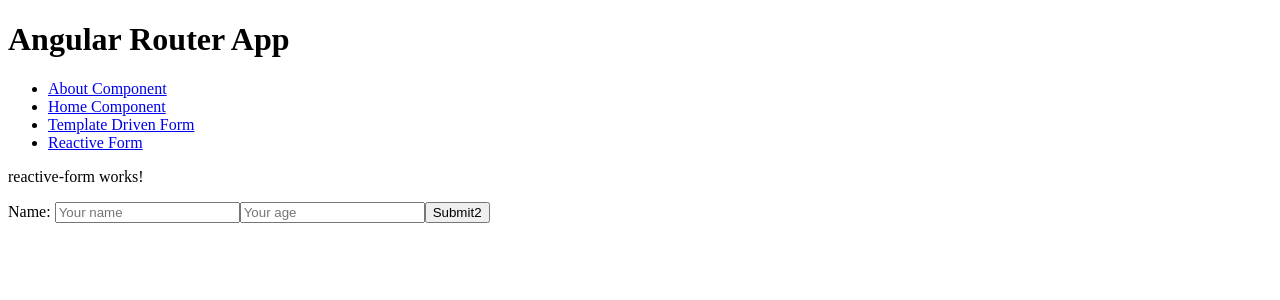
Repository: PhamTrungNguyen/Angular12
Page: /reactive (app in Angular/)
An editor plug-in stored every save of this project. The page is shown before and after the next save, followed by the edit.
The browser window is 1280 px wide. The pictures show the whole page.
The project was rebuilt for these pictures with package versions that can differ from the ones it lists, and the page was loaded fresh each time. Also part of the build but not shown: Angular/angular.json.

Above is the page before, as saved 2023-01-04 19:34:36.

### Angular/src/app/app.module.ts
import { NgModule } from '@angular/core';
import { BrowserModule } from '@angular/platform-browser';

import { AppRoutingModule } from './app-routing.module';
import { AppComponent } from './app.component';
import { HomeComponent } from './home/home.component';
import { AboutComponent } from './about/about.component';
import { FormsModule } from '@angular/forms';
import { OnSalePipe } from './on-sale.pipe';
import { PageNotFoundComponent } from './page-not-found/page-not-found.component';
import { HighlightDirective } from './Directives/highlight.directive';
import { TemplateDrivenFormComponent } from './template-driven-form/template-driven-form.component';
import { ReactiveFormComponent } from './reactive-form/reactive-form.component';
import { ReactiveFormsModule } from '@angular/forms';
@NgModule({
  declarations: [
    AppComponent,
    HomeComponent,
    AboutComponent,
    OnSalePipe,
    PageNotFoundComponent,
    HighlightDirective,
    TemplateDrivenFormComponent,
    ReactiveFormComponent,
  ],
  imports: [BrowserModule, AppRoutingModule, FormsModule, ReactiveFormsModule],
  providers: [],
  bootstrap: [AppComponent],
})
export class AppModule {}

### Angular/src/app/app-routing.module.ts
import { TemplateDrivenFormComponent } from './template-driven-form/template-driven-form.component';
import { HomeComponent } from './home/home.component';
import { AboutComponent } from './about/about.component';
import { PageNotFoundComponent } from './page-not-found/page-not-found.component';
import { NgModule } from '@angular/core';
import { RouterModule, Routes } from '@angular/router';
import { ReactiveFormComponent } from './reactive-form/reactive-form.component';

const routes: Routes = [
  { path: 'about', component: AboutComponent },
  { path: 'home', component: HomeComponent },
  { path: 'form', component: TemplateDrivenFormComponent },
  { path: 'reactive', component: ReactiveFormComponent },
  { path: '', component: HomeComponent },
  { path: '**', component: PageNotFoundComponent },
];

@NgModule({
  imports: [RouterModule.forRoot(routes)],
  exports: [RouterModule],
})
export class AppRoutingModule {}

### Angular/src/app/on-sale.pipe.ts
import { Pipe, PipeTransform } from '@angular/core';

@Pipe({
  name: 'onSale',
})
export class OnSalePipe implements PipeTransform {
  transform(value: unknown, ...args: unknown[]): unknown {
    // console.log('my pipe', value);
    try {
      if (value) {
        return 'Đang hạ giá';
      }
    } catch (error) {}
    return null;
  }
}

### Angular/src/app/Directives/highlight.directive.ts
import { Directive, ElementRef, Input } from '@angular/core';

@Directive({
  selector: '[appHighlight]',
})
export class HighlightDirective {
  @Input() appHighlight = 'blue';
  constructor(private el: ElementRef) {}
  public ngOnInit(): void {
    // console.log('HighlightDirective', this.appHighlight);
    this.el.nativeElement.style.color = this.appHighlight;
  }
}

### Angular/src/app/reactive-form/reactive-form.component.ts
import { HomeService } from './../Service/home.service';
import { Component, OnInit } from '@angular/core';
import {
  FormBuilder,
  FormControl,
  FormGroup,
  Validators,
} from '@angular/forms';

@Component({
  selector: 'app-reactive-form',
  templateUrl: './reactive-form.component.html',
  styleUrls: ['./reactive-form.component.scss'],
})
export class ReactiveFormComponent {
  // myForm: FormGroup;
  // public formData: FormGroup = new FormGroup({
  //   name: new FormControl(''),
  //   age: new FormControl(''),

  // });
  public formData = this.fb.group({
    name: ['', Validators.required],
    age: ['', Validators.required],
  });
  submitted = false;

  constructor(private home: HomeService, private fb: FormBuilder) {}
  ngOnInit() {}
  public submitForm(): void {
    // console.log('Data:', this.formData.value);
    this.home.submitData(this.formData.value);
    this.submitted = true;
    console.log(this.formData.controls);
  }
}

### Angular/src/app/app.component.html
<h1>Angular Router App</h1>
<!-- This nav gives you links to click, which tells the router which route to use (defined in the routes constant in  AppRoutingModule) -->
<nav>
    <ul>
        <li>
            <a routerLink="/about" routerLinkActive="active" ariaCurrentWhenActive="page">About Component</a>
        </li>
        <li>
            <a routerLink="/home" routerLinkActive="active" ariaCurrentWhenActive="page">Home Component</a>
        </li>
        <li>
            <a routerLink="/form" routerLinkActive="active" ariaCurrentWhenActive="page">Template Driven Form</a>
        </li>
        <li>
            <a routerLink="/reactive" routerLinkActive="active" ariaCurrentWhenActive="page">Reactive Form</a>
        </li>
    </ul>
</nav>
<!-- The routed views render in the <router-outlet>-->
<router-outlet></router-outlet>

### Angular/src/app/Service/home.service.ts
import { Injectable } from '@angular/core';

@Injectable({
  providedIn: 'root',
})
export class HomeService {
  public counter = 10;
  constructor() {}
  public count(n: number): number {
    return n * n;
  }
  public submitData(data: any): void {
    console.log('Data :', data);
  }
}

### Angular/src/app/reactive-form/reactive-form.component.html
<p>reactive-form works!</p>

<form action="" [formGroup]="formData">
    Name:
    <input type="text" formControlName="name" placeholder="Your name" />
    <div *ngIf="submitted&& formData.contr.errors" class="invalid-feedback">
        <div *ngIf="submitted &&f.name.errors?.['required']">Fullname is required</div>
    </div>
    <!-- <div *ngIf="formData.get('name') ">
        Please provide a name.
    </div> -->
    <input type="text" formControlName="age" placeholder="Your age" />
    <!-- <button (click)="submitForm()">Submit</button> -->
    <button type="submit" (click)="submitForm()">Submit2</button>
</form>

### Angular/src/app/home/home.component.ts
import { Component } from '@angular/core';
import { HomeService } from '../Service/home.service';

@Component({
  selector: 'app-home',
  templateUrl: './home.component.html',
  styleUrls: ['./home.component.scss'],
})
export class HomeComponent {
  public login = '123';
  public name = 'Pham Trung Nguyen';
  public age = 18;
  public fruit = [];
  public counter = 0;
  public counter1 = 0;
  public resetName(): void {
    this.name = '';
    console.log('resetName');
  }
  constructor(private home: HomeService) {}

  public ngOnInit(): void {
    // console.log('Fruit', this.fruit);
    this.counter = this.home.counter;
    this.counter1 = this.home.count(this.counter);
  }
}

### Angular/src/app/about/about.component.ts
import { Component } from '@angular/core';
import { HomeService } from '../Service/home.service';

@Component({
  selector: 'app-about',
  templateUrl: './about.component.html',
  styleUrls: ['./about.component.scss'],
})
export class AboutComponent {
  public fruit = ['apple', 'orange', 'grape', 'lemon'];
  public fruit2 = [
    { name: 'apple', price: 10, onSale: true },
    { name: 'orange', price: -12, onSale: false },
    { name: 'grape', price: -14, onSale: false },
    { name: 'lemon', price: 15, onSale: true },
  ];
  public cities = [
    {
      city: 'Chọn thành phố',
      district: [],
    },
    {
      city: 'Đà Nẵng',
      district: [
        'Quận Cẩm Lệ',
        'Quận Hải Châu',
        'Quận Liên Chiểu',
        'Quận Ngũ Hành Sơn',
        'Quận Sơn Trà',
        'Quận Thanh Khê',
        'Huyện Hòa Vang',
        'Huyện Hoàng Sa',
      ],
    },
    {
      city: 'Bà Rịa - Vũng Tàu',
      district: [
        'Thành phố Vũng Tàu',
        'Thị xã Bà Rịa',
        'Thị xã Phú Mỹ',
        'Huyện Châu Đức',
        'Huyện Côn Đảo',
        'Huyện Đất Đỏ',
        'Huyện Long Điền',
        'Huyện Tân Thành',
        'Huyện Xuyên Mộc',
      ],
    },
  ];
  public counter = 0;
  public counter1 = 0;
  public data: string[] = ['Quận/Huyện'];
  constructor(private home: HomeService) {}
  public ngOnInit(): void {
    // console.log('cites', this.cities);
    // console.log('Fruit', this.fruit);
    this.counter = this.home.counter;
    this.counter1 = this.home.count(this.counter);
    this.home.counter++;
  }
  public changeCity(e: any): void {
    console.log(e.target.value);
    const city = e.target.value;
    if (!city) return;
    /* c1
    const search = this.cities.filter((item) => item.city === city);
    if (search) {
      this.data = search[0].district;
    }
     */
    /* c2 */

    this.data = this.cities.find((item) => item.city === city)?.district || [];
  }
}

### Angular/src/app/template-driven-form/template-driven-form.component.ts
import { Component } from '@angular/core';
import { HomeService } from '../Service/home.service';

@Component({
  selector: 'app-template-driven-form',
  templateUrl: './template-driven-form.component.html',
  styleUrls: ['./template-driven-form.component.scss'],
})
export class TemplateDrivenFormComponent {
  public name: string = '';
  constructor(private home: HomeService) {}
  public submitForm(): void {
    this.home.submitData(this.name);
  }
}

### Angular/src/app/home/home.component.html
<div class="packet">
    <div class="test">

        <p>home works!</p>
        <h2>Hello {{name}}!</h2>
        <input type="text" value="{{name}}">
        <input type="text" [value]="name" [title]='"day la " + name'>
        <input type="text" [(ngModel)]="age">
        <!--  <h2 *ngIf="age<18">Dưới 18</h2>
        <h2 *ngIf="age>=18">Trên 18</h2> -->
        <div *ngIf="age< 18 then young else old"> </div>
        <ng-template #young>
            <h2> Dưới 18</h2>
        </ng-template>
        <ng-template #old>
            <h2> Trên 18</h2>
        </ng-template>
        <button (click)="resetName()">Reset Name</button>
    </div>
    <div>
        <ul [ngSwitch]="login">
            <li *ngSwitchCase="'user'">
                <span>I am user</span>
            </li>
            <li *ngSwitchCase="'admin'">
                <span>I am admin</span>
            </li>
            <li *ngSwitchDefault=>
                <span>I am default</span>
            </li>
        </ul>
        <span appHighlight>Trung Nguyen</span>
        <span [appHighlight]="'red'">Trung Nguyen</span>
    </div>
    <div>this is number: {{counter}}</div>
    <div>this is number^2: {{counter1}}</div>
</div>

### Angular/src/app/home/home.component.scss
.test {
  padding: 10px;
  width: 300px;
  background-color: red;
}
.packet {
  display: flex;
  gap: 0 50px;
}

### Angular/src/app/about/about.component.html
<p>about works!</p>
<div *ngFor="let item of fruit; let i=index">
    <li>{{i+1}}.{{ item }}</li>
</div>
<br>
<table class="table">
    <thead>
        <tr>
            <th>number</th>
            <th>name</th>
            <th>price</th>
            <th>onSale</th>
        </tr>
    </thead>
    <tbody>
        <tr *ngFor="let item of fruit2; let i=index">
            <td>{{i+1}}</td>
            <td>{{item.name}}</td>
            <td>
                <span [ngClass]="{'text' : item.price <0}">
                    <!-- <span *ngIf="item.price <0 then 'text'"> -->

                    {{item.price |currency:'VND':'symbol':'1.3'}}
                </span>
            </td>
            <td>{{item.onSale | onSale}}</td>
        </tr>
    </tbody>
</table>
<div>
    <h3>Tỉnh/Thành phố:</h3>
    <select name="test1" (change)="changeCity($event)">
        <option value="{{item.city}}" *ngFor="let item of cities;let i=index">{{item.city}}</option>

    </select>
    <h3>Quận/Huyện:</h3>
    <select name="test2">
        <option value="{{i}}" *ngFor="let item of data;let i=index">{{item}}</option>

    </select>
    <div>this is number: {{counter}}</div>
    <div>this is number^2: {{counter1}}</div>
</div>

### Angular/src/app/about/about.component.scss
.table,
td,
th {
  border-collapse: collapse;
  border: 1px solid #000;
  padding: 10px;
  text-align: center;
}
.text {
  color: red;
  display: flex;
}

### Angular/src/app/template-driven-form/template-driven-form.component.html
<p>template-driven-form works!</p>
<form action="" (ngSubmit)=" submitForm()">
    Name:
    <input type="text" [(ngModel)]="name" [ngModelOptions]="{ standalone: true }" />
    <!-- <button (click)="submitForm()">Submit</button> -->
    <button>Submit2</button>
</form>

Loaded but not shown: Angular/src/index.html (common file); Angular/src/styles.scss (common file); Angular/src/main.ts (common file); Angular/src/app/app.component.ts (common file); Angular/src/app/page-not-found/page-not-found.component.ts (common file); Angular/src/app/page-not-found/page-not-found.component.html (common file); Angular/src/app/app.component.scss (no stored copy; drawn as an empty file); Angular/src/app/reactive-form/reactive-form.component.scss (no stored copy; drawn as an empty file)

After the next save:
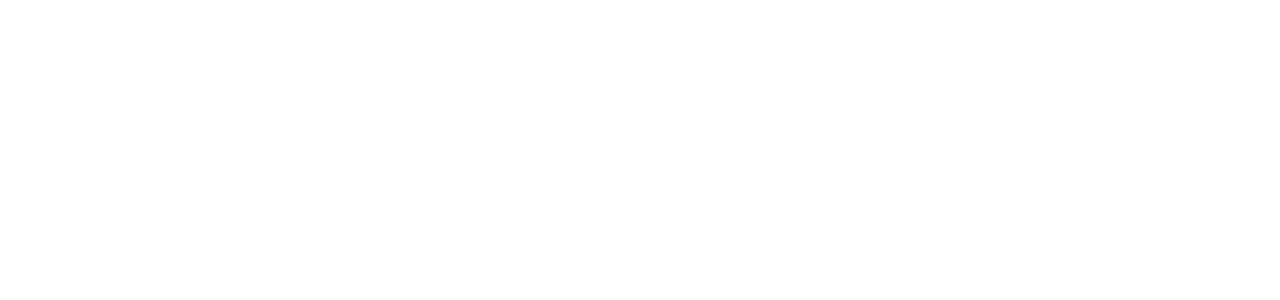
Saved 4 s later.
--- a/Angular/src/app/reactive-form/reactive-form.component.html
+++ b/Angular/src/app/reactive-form/reactive-form.component.html
@@ -3,7 +3,7 @@
 <form action="" [formGroup]="formData">
     Name:
     <input type="text" formControlName="name" placeholder="Your name" />
-    <div *ngIf="submitted&& formData.contr.errors" class="invalid-feedback">
+    <div *ngIf="submitted&& formData.controls..errors" class="invalid-feedback">
         <div *ngIf="submitted &&f.name.errors?.['required']">Fullname is required</div>
     </div>
     <!-- <div *ngIf="formData.get('name') ">

After the save that followed:
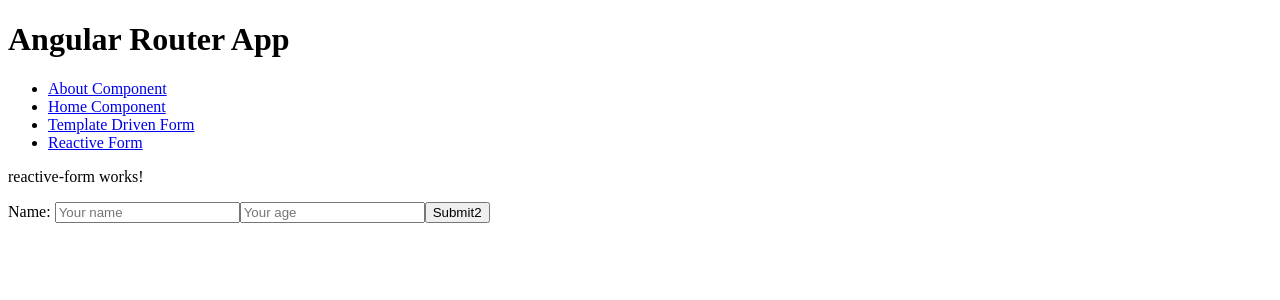
Saved 4 s later.
--- a/Angular/src/app/reactive-form/reactive-form.component.html
+++ b/Angular/src/app/reactive-form/reactive-form.component.html
@@ -3,7 +3,7 @@
 <form action="" [formGroup]="formData">
     Name:
     <input type="text" formControlName="name" placeholder="Your name" />
-    <div *ngIf="submitted&& formData.controls..errors" class="invalid-feedback">
+    <div *ngIf="submitted&& formData.controls.name.errors" class="invalid-feedback">
         <div *ngIf="submitted &&f.name.errors?.['required']">Fullname is required</div>
     </div>
     <!-- <div *ngIf="formData.get('name') ">
